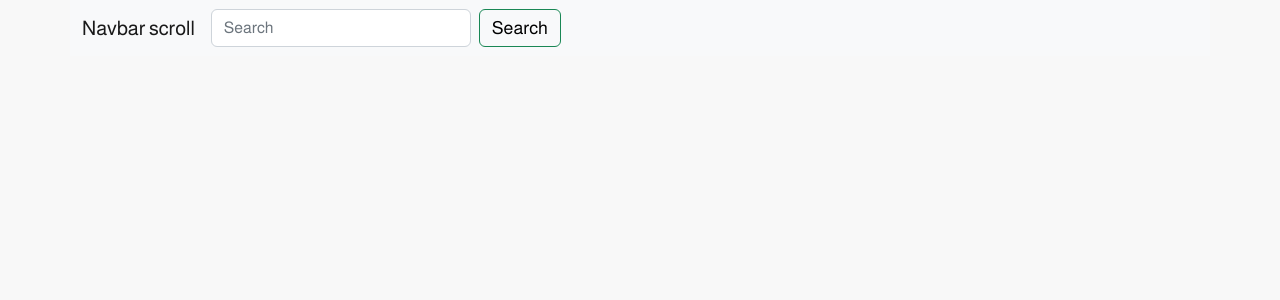
Repository: SD-Mdouka/react-table
Page: /
An editor plug-in stored every save of this project. The page is shown before and after the next save, followed by the edit.
The browser window is 1280 px wide. The pictures show the whole page.
The project was rebuilt for these pictures with package versions that can differ from the ones it lists, and the page was loaded fresh each time.

Above is the page before, as saved 2022-10-06 15:30:29.

After the next save:
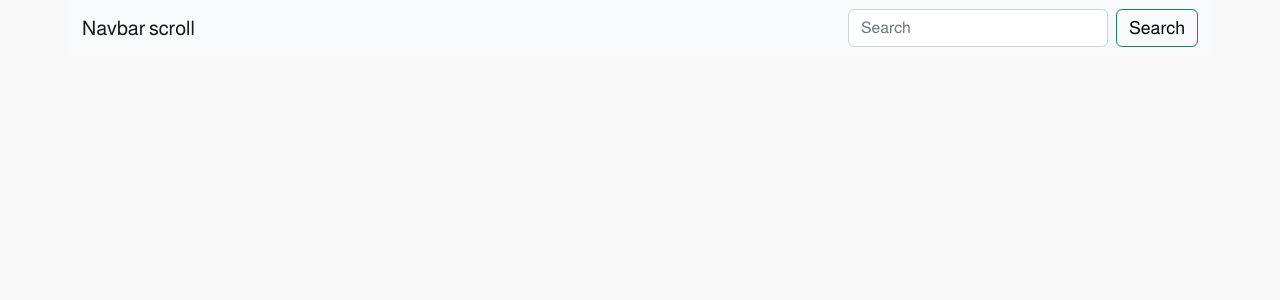
Saved 2 min 1 s later.
--- a/src/components/Navbar.js
+++ b/src/components/Navbar.js
@@ -1,5 +1,13 @@
 import React from "react";
-import { Container, Navbar, Row, Form, Button } from "react-bootstrap";
+import {
+  Container,
+  Navbar,
+  Row,
+  Nav,
+  NavDropdown,
+  Form,
+  Button,
+} from "react-bootstrap";
 
 const NavBar = () => {
   return (
@@ -9,6 +17,11 @@ const NavBar = () => {
           <Navbar.Brand href="#">Navbar scroll</Navbar.Brand>
           <Navbar.Toggle aria-controls="navbarScroll" />
           <Navbar.Collapse id="navbarScroll">
+            <Nav
+              className="me-auto my-2 my-lg-0"
+              style={{ maxHeight: "100px" }}
+              navbarScroll
+            ></Nav>
             <Form className="d-flex">
               <Form.Control
                 type="search"
